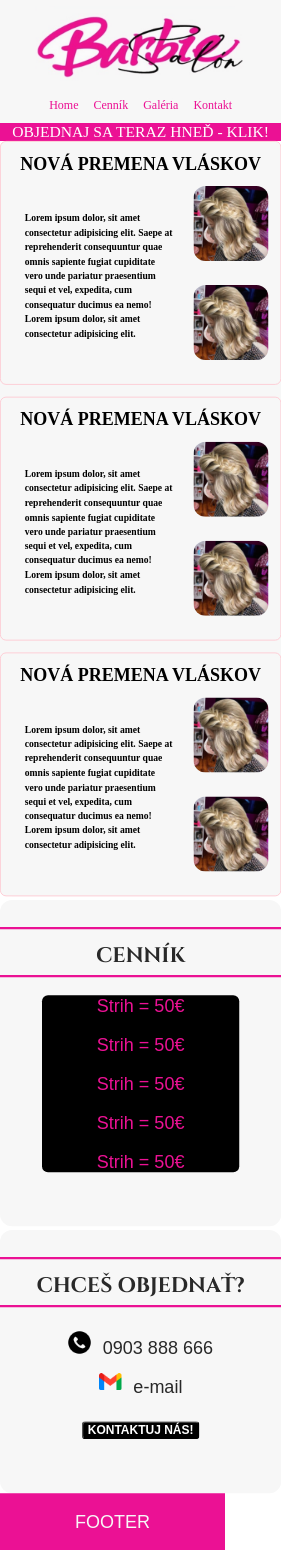
Repository: Badynko/Barbie-salon
Page: index.html
The author's editor kept a copy of each file at every save. The page is drawn from the files as they stood at one save, then again after the next save.
The browser window is 375 px wide. The pictures show the whole page, at 75% of full size.
Some web fonts or font styles are not loaded; a fallback is used.

Above is the page before, as saved 2024-08-08 17:21:46.

### index.html
<!DOCTYPE html>
<html lang="en">
  <head>
    <meta charset="UTF-8" />
    <meta name="viewport" content="width=device-width, initial-scale=1.0" />
    <title>Barbie Salón</title>
    <link rel="stylesheet" href="css/style.css" />

    <link rel="preconnect" href="https://fonts.googleapis.com" />
    <link rel="preconnect" href="https://fonts.gstatic.com" crossorigin />
    <link
      href="https://fonts.googleapis.com/css2?family=Cinzel+Decorative:wght@400;700;900&family=Inter:wght@100..900&display=swap"
      rel="stylesheet"
    />

    <link rel="preconnect" href="https://fonts.googleapis.com" />
    <link rel="preconnect" href="https://fonts.gstatic.com" crossorigin />
    <link
      href="https://fonts.googleapis.com/css2?family=Cinzel+Decorative:wght@400;700;900&family=Cinzel:wght@400..900&family=Inter:wght@100..900&display=swap"
      rel="stylesheet"
    />

    <link rel="preconnect" href="https://fonts.googleapis.com" />
    <link rel="preconnect" href="https://fonts.gstatic.com" crossorigin />
    <link
      href="https://fonts.googleapis.com/css2?family=Cinzel+Decorative:wght@400;700;900&family=Cinzel:wght@400..900&family=Gupter:wght@400;500;700&family=Inter:wght@100..900&display=swap"
      rel="stylesheet"
    />
  </head>
  <body>
    <header>
      <div class="logo">
        <img src="img/logo-new.png" alt="logo" width="500px" height="auto" />
      </div>
      <nav>
        <ul class="menu">
          <li><a href="#">Home</a></li>
          <li><a href="#">Cenník</a></li>
          <li><a href="#">Galéria</a></li>
          <li><a href="#">Kontakt</a></li>
        </ul>
      </nav>
      <div class="social">
        <img src="img/fb.png" alt="FB" width="50px" height="auto" />
        <img src="img/ig.png" alt="IG" width="50px" height="auto" />
        <img src="img/tiktok.png" alt="tiktok" width="50px" height="auto" />
      </div>
    </header>
    <div class="order-button"><p><a href="#">OBJEDNAJ SA TERAZ HNEĎ - KLIK!</a></p></div>
    <div class="main">
      <aside class="left">
        <h3 class="left-title">Chceš objednať?</h3>
        <ul class="termin-list">
          <li><img
              src="img/phone.png"
              alt="phone"
              width="30px"
              class="img-gmail"
            /><a href="#" class="contact-gmail"><a href="#">0903 888 666</a></li>
          <li>
            <img
              src="img/gmail.png"
              alt="gmail"
              width="30px"
              class="img-gmail"
            /><a href="#" class="contact-gmail">e-mail</a>
          </li>
        </ul>
        <button class="left-sub">Kontaktuj nás!</button>
      </aside>
      <main>
        <section class="container-main">
          <div class="post">
            <h4>Nová premena vláskov</h4>
            <div class="post-content">
              <p>
                Lorem ipsum dolor, sit amet consectetur adipisicing elit. Saepe
                at reprehenderit consequuntur quae omnis sapiente fugiat
                cupiditate vero unde pariatur praesentium sequi et vel,
                expedita, cum consequatur ducimus ea nemo! Lorem ipsum dolor,
                sit amet consectetur adipisicing elit.
              </p>

              <div class="img-flex">
              <img
                src="img/post.jpg"
                alt="hairs"
                width="1440px"
                height="1440px"
                class="post-img"
              />
              <img
                src="img/post.jpg"
                alt="hairs"
                width="1440px"
                height="1440px"
                class="post-img"
              />
              </div>
            </div>
          </div>
          <div class="post">
            <h4>Nová premena vláskov</h4>
            <div class="post-content">
              <p>
                Lorem ipsum dolor, sit amet consectetur adipisicing elit. Saepe
                at reprehenderit consequuntur quae omnis sapiente fugiat
                cupiditate vero unde pariatur praesentium sequi et vel,
                expedita, cum consequatur ducimus ea nemo! Lorem ipsum dolor,
                sit amet consectetur adipisicing elit.
              </p>
              <div class="img-flex">
              <img
                src="img/post.jpg"
                alt="hairs"
                width="150px"
                class="post-img"
              />
              <img
                src="img/post.jpg"
                alt="hairs"
                width="1440px"
                height="1440px"
                class="post-img"
              />
              </div>
            </div>
          </div>
          <div class="post">
            <h4>Nová premena vláskov</h4>
            <div class="post-content">
              <p>
                Lorem ipsum dolor, sit amet consectetur adipisicing elit. Saepe
                at reprehenderit consequuntur quae omnis sapiente fugiat
                cupiditate vero unde pariatur praesentium sequi et vel,
                expedita, cum consequatur ducimus ea nemo! Lorem ipsum dolor,
                sit amet consectetur adipisicing elit.
              </p>
              <div class="img-flex">
              <img
                src="img/post.jpg"
                alt="hairs"
                width="150px"
                class="post-img"
              />
              <img
                src="img/post.jpg"
                alt="hairs"
                width="1440px"
                height="1440px"
                class="post-img"
              />
              </div>
            </div>
          </div>
        </section>
      </main>
      <aside class="right">
        <h3 class="right-title">Cenník</h3>
        <ul class="prices">
          <li>
            <p class="price">Strih = 50€</p>
          </li>
          <li><p class="price">Strih = 50€</p></li>
          <li><p class="price">Strih = 50€</p></li>
          <li><p class="price">Strih = 50€</p></li>
          <li><p class="price">Strih = 50€</p></li>
        </ul>
      </aside>
    </div>
    <footer class="footer">FOOTER</footer>
  </body>
</html>

### css/style.css
* {
  margin: 0;
  box-sizing: border-box;
}

body {
  height: 95vh;
  font-family: sans-serif;
  text-align: center;
  color: #f7f7f7;
  font-size: 24px;
  display: flex;
  flex-direction: column;
  gap: 5px;
}

header {
  background: #f7f7f7;
  padding: 0;
  display: flex;
  flex-direction: row;
  align-items: center;
  border-bottom: 3px solid rgb(235, 17, 148);
  margin-bottom: 1rem;
}

.main {
  display: flex;
  flex: 1;
  gap: 5px;
}

.left {
  background: #f7f7f7;
  padding: 1.5em 0 3em 0;
  flex: 1 1 100px;
  margin-left: 1rem;

  border-radius: 1rem;
}

main {
  background: #f7f7f7;
  padding: 3em 0 3em 0;
  flex: 5 5 150px;

  border-radius: 1rem;
}

.right {
  background: #f7f7f7;
  padding: 1.5em 0 3em 0;
  margin-right: 1rem;

  border-radius: 1rem;
  flex: 1 1 150px;
}

footer {
  background: rgb(235, 17, 148);
  padding: 1em 0 1em 0;
}

/* CONTENT */

img {
  margin: 0;
  padding: 0;
}

nav {
  margin-left: 1rem;
  font-family: "Cinzel Decorative", serif;
  font-weight: 400;
  font-style: normal;
}

ul {
  padding-bottom: 0;
  padding-left: 0;
}

.menu a:link {
  text-decoration: none;
  padding-right: 3rem;
  margin-right: 0;

  background-color: #f7f7f7;
  padding: 10px 20px;
  color: rgb(235, 17, 148);
  border-radius: 10px;
  text-decoration: none;
}

.menu a:visited {
  color: rgb(235, 17, 148);
}

.menu a:hover {
  font-weight: 800;
}

.menu li {
  display: inline-block;
}

.left-title {
  padding-top: 1rem;
  padding-bottom: 0.5rem;
  text-transform: uppercase;
  color: rgb(41, 41, 41);
  border-top: 3px solid rgb(235, 17, 148);
  border-bottom: 3px solid rgb(235, 17, 148);
  font-family: "Cinzel", serif;
}

.right-title {
  padding-top: 1rem;
  padding-bottom: 0.5rem;
  text-transform: uppercase;
  color: rgb(41, 41, 41);
  border-top: 3px solid rgb(235, 17, 148);
  border-bottom: 3px solid rgb(235, 17, 148);
  font-family: "Cinzel", serif;
}

.termin-list {
  list-style: none;
  padding-left: 0;
  padding-top: 1rem;
}

.termin-list li {
  padding-top: 1rem;
  color: #282828;
}

.termin-list a:link {
  text-decoration: none;
  color: #282828;
}

.termin-list a:visited {
  text-decoration: none;
  color: #282828;
}

.date-list a:link {
  text-decoration: none;
  color: #282828;
}

.date-list a:visited {
  text-decoration: none;
  color: #282828;
}

.left-sub {
  margin-top: 2rem;
  font-size: 1rem;
  color: white;
  background: black;
  border-radius: 5px;
  text-transform: uppercase;
  font-weight: 600;
}
.post {
  border-radius: 0.5rem;
  background-color: #f7f7f7;
  margin-left: 100px;
  margin-right: 100px;
  padding-bottom: 1rem;
  border: 1px solid pink;
}

.post h4 {
  color: #000;
  padding-top: 1rem;
  font-family: "Gupter", serif;
  text-transform: uppercase;
}

.post p {
  color: #000;
  font-size: 1rem;
  text-align: left;

  margin-top: 50px;
  margin-left: 2rem;
  width: 60%;
}

.post-content {
  display: flex;
  flex-direction: row;
  justify-content: space-between;
}

.post-content p {
  font-size: 0.8rem;
  line-height: 1.5;
  font-family: "Gupter", serif;
  font-weight: 600;
  letter-spacing: 1.2;
}

.post-img {
  width: 200px;
  height: auto;
  margin: 1rem;
  border-radius: 1rem;
}

.logo img {
}

.social {
  margin-right: 3rem;
  display: flex;
  flex: 1 1;
  flex-direction: row;
  justify-content: flex-end;
  gap: 2rem;
}

.container-main {
  display: flex;
  flex-direction: column;
  gap: 1rem;
  font-family: "Cinzel", serif;
}

.contact-gmail {
  margin-top: -10px;
}

.img-gmail {
  margin-right: 1rem;
}

.prices {
  color: #000;
  list-style: none;
}

.price {
  margin-top: 1.5rem;
}

@media all and (max-width: 550px) {
  body {
    max-width: 100%;
    gap: 0;
  }
  .main {
    flex-direction: column;
  }

  main {
    padding: 0;
  }

  header {
    flex-direction: column;
    flex: 1 1;
    margin-bottom: 0;
    border-bottom: 0;
  }

  .logo img {
    max-height: 100%;
    max-width: 300px;
    overflow: hidden;
  }

  .img-flex {
    display: flex;
    flex-direction: column;
  }

  .post img {
    width: 100px;
    height: 100px;
  }

  .left {
    margin-left: 0;
    width: 100%;
    order: 2;
  }

  .post {
    margin-left: 0;
    margin-right: 0;
    flex: 1 1;
  }

  .post-content p {
    letter-spacing: 1.3;
    max-width: 200px;
  }

  .right {
    flex: 1 1 100px;
    width: 100%;
  }

  footer {
    width: 80%;
  }

  nav {
    font-size: 1rem;
    margin-bottom: 15px;
  }

  .menu a:link {
    padding: 0;
    margin-right: 1rem;
  }

  .social {
    display: none;
  }

  .main {
    order: 0;
    justify-content: center;
  }

  .order-button {
    background-color: rgb(235, 17, 148);

    font-size: 1.3rem;
    font-family: "Cinzel Decorative", serif;
  }

  .order-button a:link {
    color: #fff;
    text-decoration: none;
  }

  .order-button a:visited {
    color: #fff;
    text-decoration: none;
  }

  .prices {
    background-color: #000;
    color: rgb(235, 17, 148);
    width: 70%;
    margin: 0 auto;
    border-radius: 0.5rem;
  }
}

After the next save:
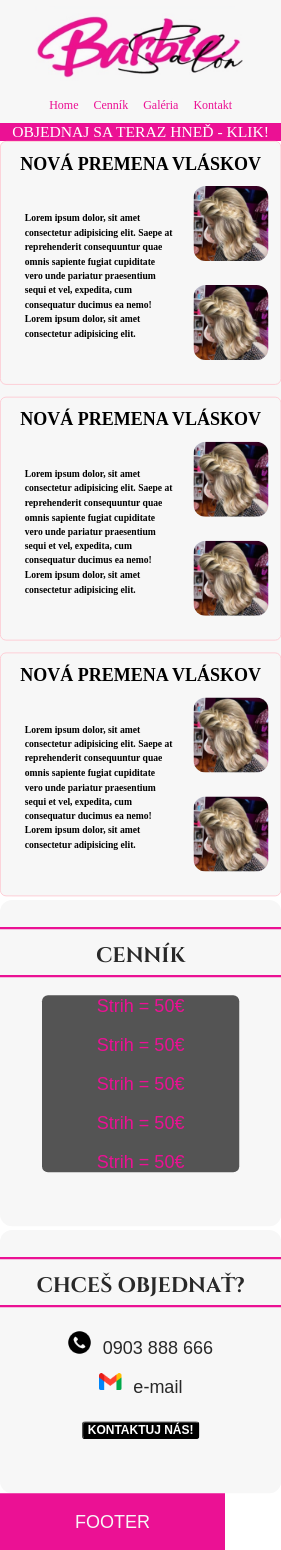
Saved 12 s later.
--- a/css/style.css
+++ b/css/style.css
@@ -346,7 +346,7 @@
   }
 
   .prices {
-    background-color: #000;
+    background-color: #545454;
     color: rgb(235, 17, 148);
     width: 70%;
     margin: 0 auto;

After the save that followed:
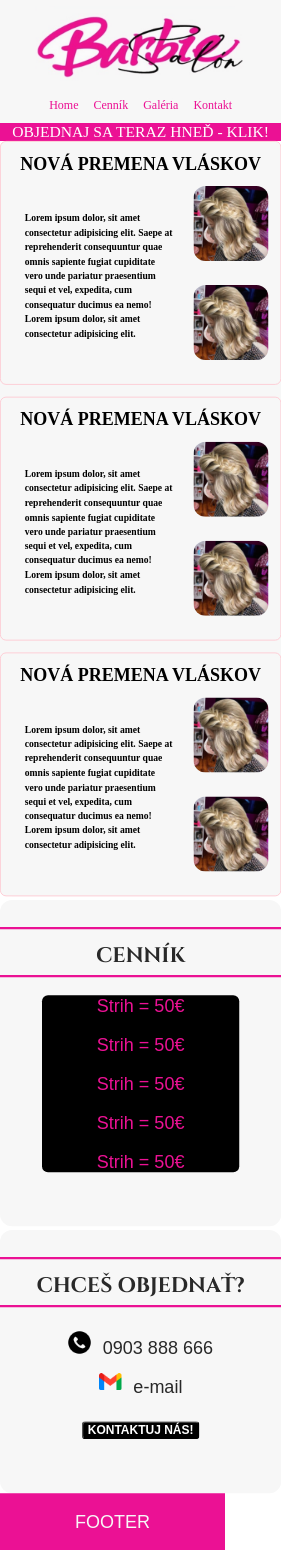
Saved 8 s later.
--- a/css/style.css
+++ b/css/style.css
@@ -346,7 +346,7 @@
   }
 
   .prices {
-    background-color: #545454;
+    background-color: #000000;
     color: rgb(235, 17, 148);
     width: 70%;
     margin: 0 auto;
